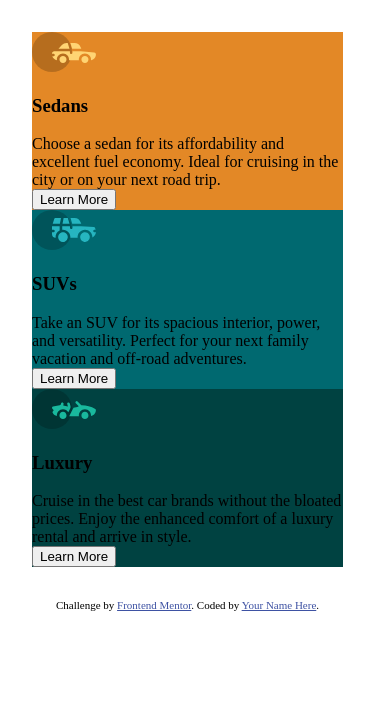
Repository: PratypartyY2K/frontendmentor-challenges
Page: 3-column-card/index.html
The author's editor kept a copy of each file at every save. The page is drawn from the files as they stood at one save, then again after the next save.
The browser window is 375 px wide. The pictures show the whole page.

Above is the page before, as saved 2021-07-14 11:39:50.

After the next save:
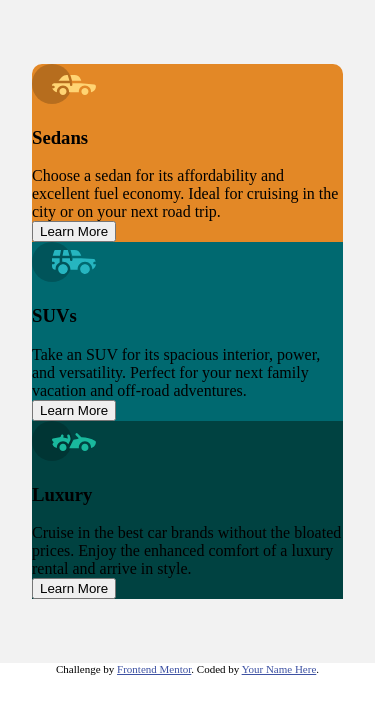
Saved 2 min 47 s later.
--- a/3-column-card/style.css
+++ b/3-column-card/style.css
@@ -12,15 +12,15 @@
     }
 
     .card-wrapper {
+        background-color: var(--neutral-gray);
         display: flex;
         flex-direction: column;
-        margin: 2rem;
-        border-radius: 10px;
-        background-color: var(--neutral-gray);
+        padding: 4rem 2rem;
     }
 
     .col-1 {
         background-color: var(--primary-orange);
+        border-radius: 10px 10px 0 0;
     }
 
     .col-2 {
